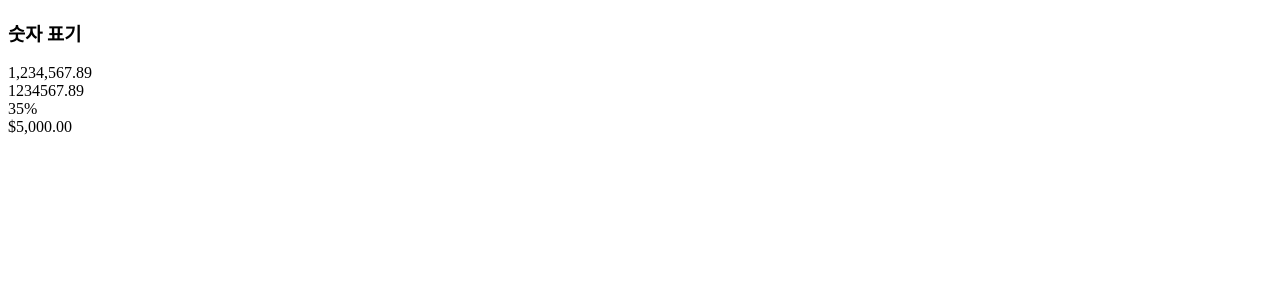
Repository: YooMyeongSeon/JSP_Servlet_Study
Page: http://localhost/web07/Ex_21.jsp
These files come from the project's save history. The page is drawn as it stood at one moment and after the next save; the edit follows.
The browser window is 1280 px wide. The pictures show the whole page.
The page is served by Tomcat 9. Other server files are loaded and not shown.

Above is the page before, as saved 2022-06-10 07:23:56.

### web07/WebContent/Ex_21.jsp
<%@ page language="java" contentType="text/html; charset=UTF-8"
    pageEncoding="UTF-8"%>
<%@ taglib prefix="fmt" uri="http://java.sun.com/jsp/jstl/fmt" %>
<!DOCTYPE html>
<html>
<head>
<meta charset="UTF-8">
<title>Insert title here</title>
</head>
<body>
	<h3>숫자 표기</h3>
	<fmt:formatNumber value="1234567.89" var="number"/>
	${number}<br>
	<fmt:formatNumber value="1234567.89" groupingUsed="false" /><br>
	<fmt:formatNumber value=".35" type="percent"/><br>
	<fmt:formatNumber value="5000" type="currency"/>
</body>
</html>

After the next save:
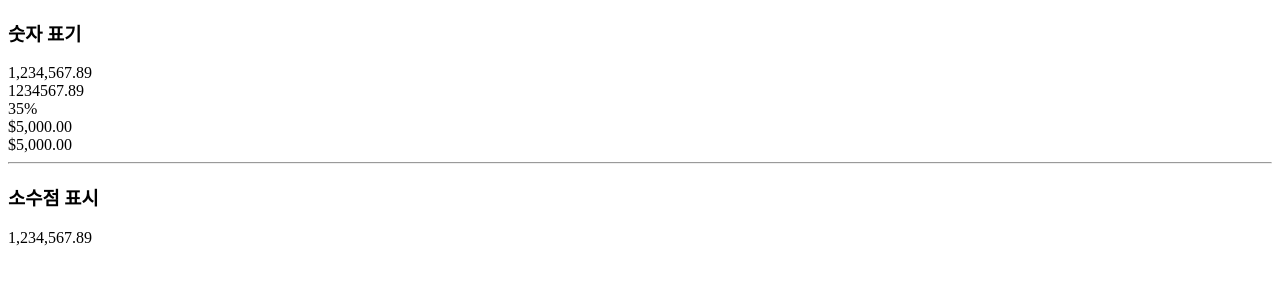
Saved 4 min 30 s later.
--- a/web07/WebContent/Ex_21.jsp
+++ b/web07/WebContent/Ex_21.jsp
@@ -9,10 +9,14 @@
 </head>
 <body>
 	<h3>숫자 표기</h3>
-	<fmt:formatNumber value="1234567.89" var="number"/>
+	<fmt:formatNumber value="1234567.89" var="number"/> <!-- 1,234,567.89 -->
 	${number}<br>
-	<fmt:formatNumber value="1234567.89" groupingUsed="false" /><br>
-	<fmt:formatNumber value=".35" type="percent"/><br>
-	<fmt:formatNumber value="5000" type="currency"/>
+	<fmt:formatNumber value="1234567.89" groupingUsed="false" /><br> <!-- 1234567.89 -->
+	<fmt:formatNumber value=".35" type="percent"/><br> <!-- 35% -->
+	<fmt:formatNumber value="5000" type="currency"/><br> <!-- ₩5000 -->
+	<fmt:formatNumber value="5000" type="currency"/> <!-- 1,234,567.89 -->
+	<hr>
+	<h3>소수점 표시</h3>
+	<fmt:formatNumber value="1234567.891234567" pattern="#,#00.0#"/><br> <!-- 1,234,567.89 -->
 </body>
 </html>
